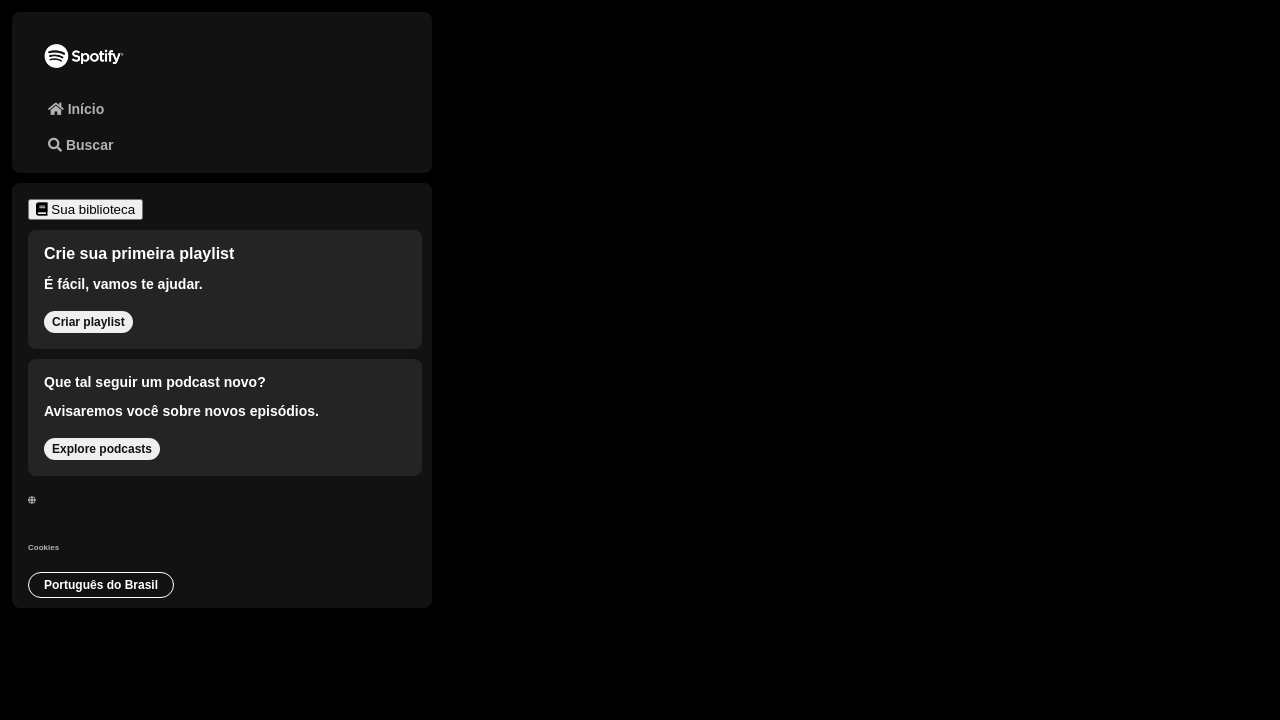
Repository: humbertobrasileiro/spotify
Page: index.html
These files come from the project's save history. The page is drawn as it stood at one moment and after the next save; the edit follows.
The browser window is 1280 px wide. The pictures show the whole page.

Above is the page before, as saved 2024-01-22 17:02:59.

After the next save:
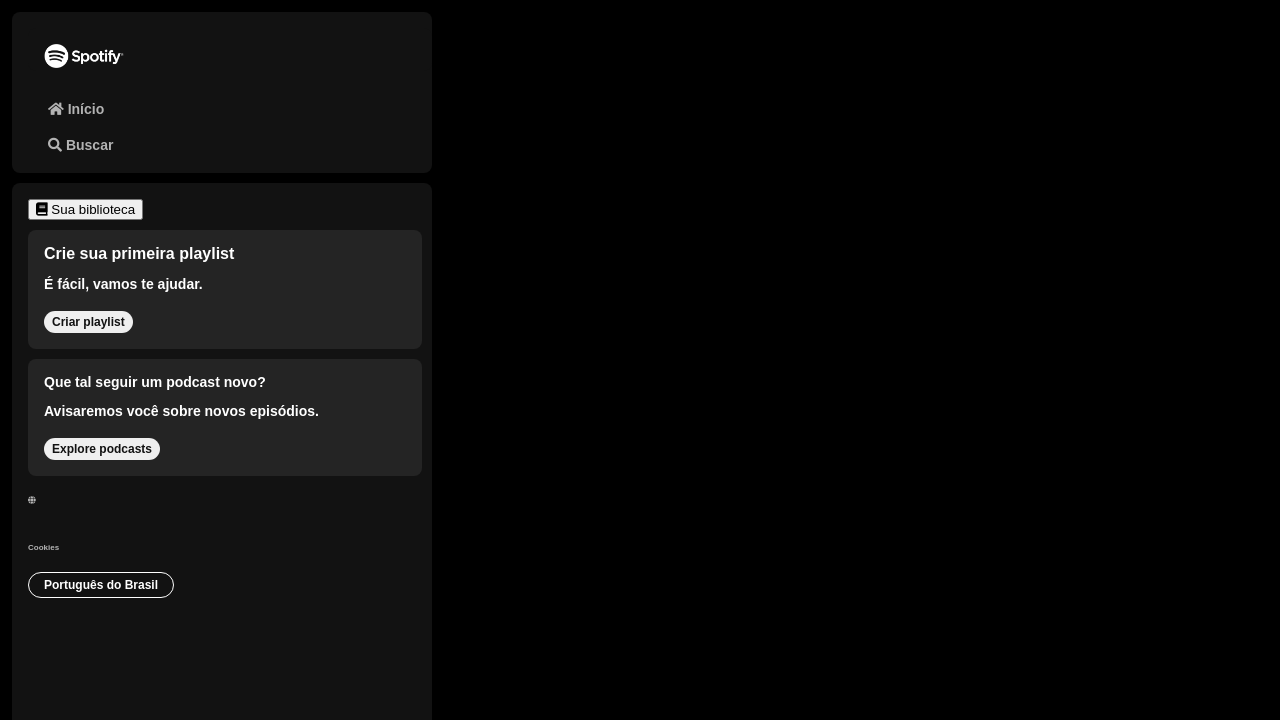
Saved 114 s later.
--- a/styles.css
+++ b/styles.css
@@ -21,6 +21,7 @@
 }
 
 .library {
+  min-height: 100%;
   background-color: #121212;
   border-radius: 8px;
   padding: 16px 0 0 16px;
